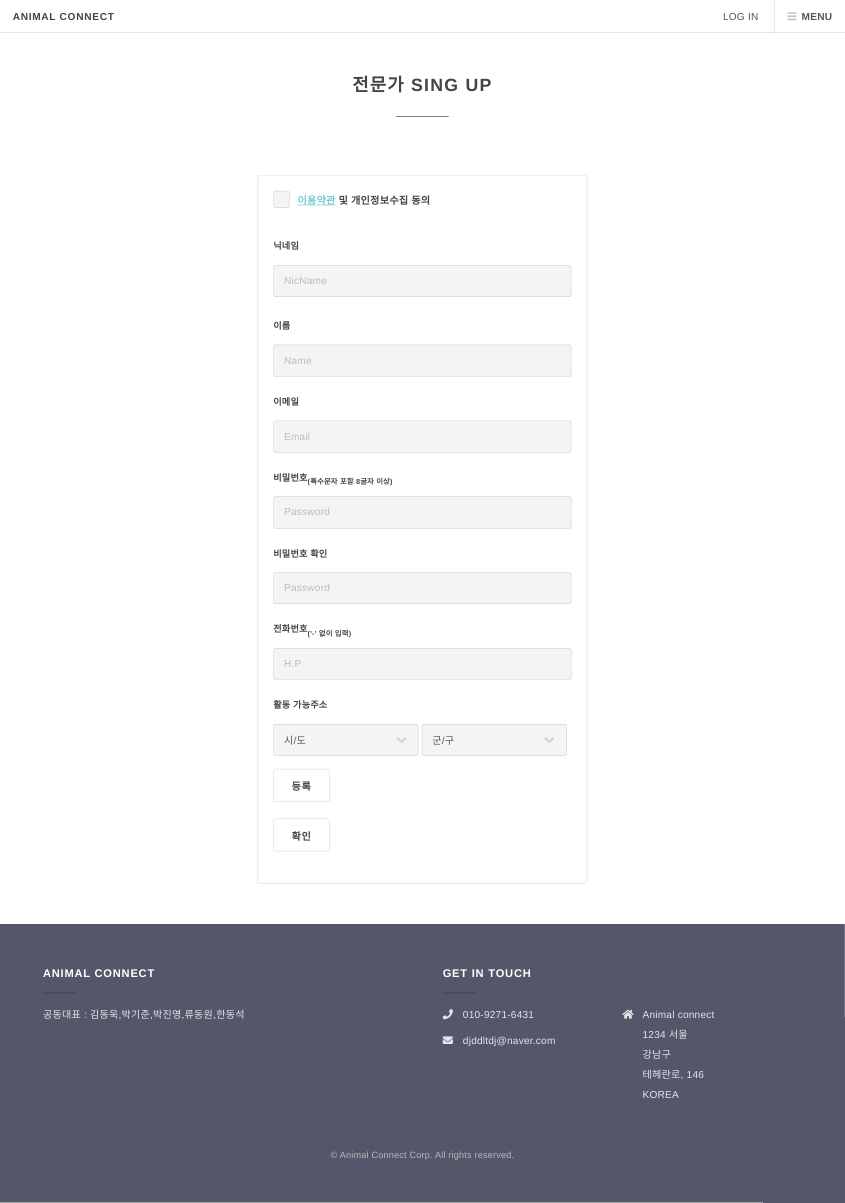
Repository: wnsdldla/git_local
Page: http://localhost/animalConnect/WEB-INF/views/animalConnect/member/proJoin.jsp
The author's editor kept a copy of each file at every save. The page is drawn from the files as they stood at one save, then again after the next save.
The browser window is 1280 px wide. The pictures show the whole page, at 66% of full size.
Some web fonts or font styles are not loaded; a fallback is used. The page is served by Tomcat 9. Nobody is signed in. The template is opened directly, without the code that normally fills it, so the values that code supplies are empty.

Above is the page before, as saved 2020-12-15 06:04:17.

After the next save:
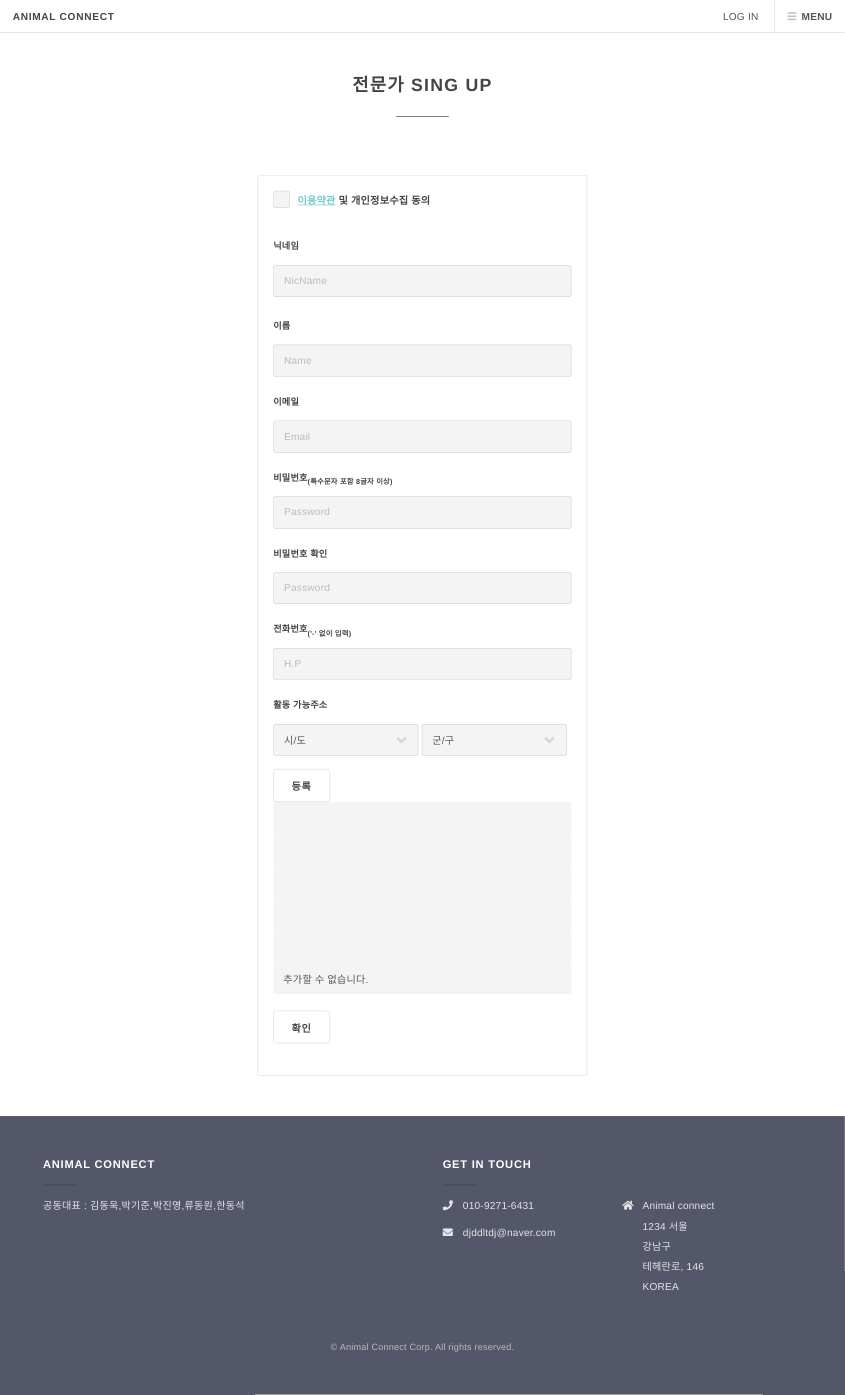
Saved 26 s later.
--- a/animalConnect/src/main/webapp/WEB-INF/views/animalConnect/member/proJoin.jsp
+++ b/animalConnect/src/main/webapp/WEB-INF/views/animalConnect/member/proJoin.jsp
@@ -72,12 +72,12 @@
       									<option value="">군/구</option>
     								</select>
     								<input id="map" type="button" value="등록" onclick="checkMap(sido1.value, gugun1.value)" style="margin-top: 20px;" >
-									<input type="hidden" name="newText1" value="" readonly style="display:block;border:none;">
-									<input type="hidden" name="newText2" value="" readonly style="display:block;border:none;">
-									<input type="hidden" name="newText3" value="" readonly style="display:block;border:none;">
-									<input type="hidden" name="newText4" value="" readonly style="display:block;border:none;">
-									<input type="hidden" name="newText5" value="" readonly style="display:block;border:none;">
-									<input type="hidden" name="newText5" value="" readonly style="display:block;border:none;">
+									<input type="text" name="newText1" value="" readonly style="display:block;border:none;">
+									<input type="text" name="newText2" value="" readonly style="display:block;border:none;">
+									<input type="text" name="newText3" value="" readonly style="display:block;border:none;">
+									<input type="text" name="newText4" value="" readonly style="display:block;border:none;">
+									<input type="text" name="newText5" value="" readonly style="display:block;border:none;">
+									<input type="text" name="newText6" value= "추가할 수 없습니다." readonly style="display:block;border:none;">
 								</div>
 								<!--
 					<label style="text-align:left;">자격증 및 경력 증명서<sub>(필수)</sub></label>
